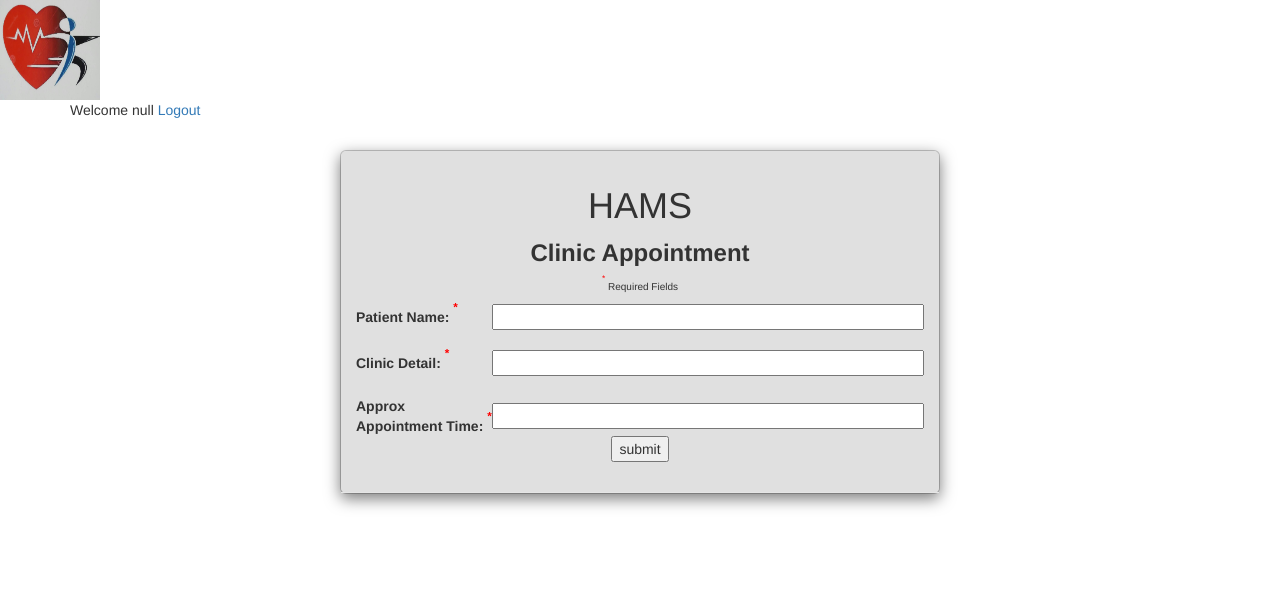
Repository: shiveshk/PullData
Page: http://localhost/Hams/edit.jsp
The author's editor kept a copy of each file at every save. The page is drawn from the files as they stood at one save, then again after the next save.
The browser window is 1280 px wide. The pictures show the whole page.
The page is served by Tomcat 9. Nobody is signed in. The application's start-up code is not run. Other server files are loaded and not shown.

Above is the page before, as saved 2015-11-06 09:49:39.
Console error (its wording comes from the project's code and is left out).

### Hams/WebContent/edit.jsp
<?xml version="1.0" encoding="ISO-8859-1" ?>

<%@ page language="java" contentType="text/html; charset=ISO-8859-1" pageEncoding="ISO-8859-1"%>
<!DOCTYPE html PUBLIC "-//W3C//DTD XHTML 1.0 Transitional//EN" "http://www.w3.org/TR/xhtml1/DTD/xhtml1-transitional.dtd">
<html xmlns="http://www.w3.org/1999/xhtml">
<head>
  <link rel="stylesheet" href="http://maxcdn.bootstrapcdn.com/bootstrap/3.3.5/css/bootstrap.min.css">
  <script src="http://maxcdn.bootstrapcdn.com/bootstrap/3.3.5/js/bootstrap.min.js"></script>
  <script src="validation.js"></script>

<link rel="stylesheet" type="text/css" href="hams.css">
<meta http-equiv="Content-Type" content="text/html; charset=ISO-8859-1" />
<title>Edit Appointment Data</title>




</style>
</head>
<img src = "images/HAMSLogo.jpg" alt="hamslogo" />

<body bgcolor='#E6E6FA'>

<div class="container" >
<% String username = (String)request.getSession().getAttribute("name");
out.println("Welcome "+username);
%>

<a href="LogoutServlet">Logout</a>

<center>
<div id="login-overlay" class="modal-dialog" >
     <div class="modal-content" >
          <div class="modal-header" >

<h1>HAMS</h1>
	<p><b><font size=5>Clinic Appointment</font></b></p>
	<p><font size=1><sup>*</sup> Required Fields</font></p>

<form name="myForm" action="PatientAppointmentServlet" method="post" onsubmit="return validate()">
	<div class="form-group">
<table data-toggle="table">

<tr class="row1">
	<td><b>Patient Name: <sup>*</sup></b></td>
	<td><input type="text" id="patient_name" name="patient_name" value="${sessionScope.patient_name}" size=50 maxlength=500 /> </td>
</tr>

<tr class="row2">
	<td><b>Clinic Detail: <sup>*</sup></b></td>
	<td><input type="text" id="clinic_detail" name="clinic_detail" value="${sessionScope.clinic_detail}" size=50 maxlength=500 /> </td>
</tr>

<tr class="row3">
	<td><b>Approx Appointment Time: <sup>*</sup></b></td>
	<td><input type="text" id="time" name="time" value="${sessionScope.time}" size=50 maxlength=500 /> </td>
</tr>


</table>

<input type="submit" name="submit" value="submit"/>

</form>
		</div>
	</div>
</div>
</center>

</body>

</html>

### Hams/WebContent/validation.js
function validate()
{
   var w=document.forms["myForm"]["patient_name"].value;
   var x=document.forms["myForm"]["clinic_detail"].value;
   //var y=document.forms["myForm"]["token_no"].value;
   var z=document.forms["myForm"]["time"].value;
   if (w.trim().length<=0) // check length of your name field
   {
      alert("Patient Name must be filled out");
      return false;
   }
   if (x.trim().length<=0) // check length of your name field
   {
      alert("clinic detail must be filled out");
      return false;
   }
   if (z.trim().length<=0) // check length of your name field
   {
      alert("Appointment time Name must be filled out");
      return false;
   }

}

### Hams/WebContent/hams.css
@CHARSET "ISO-8859-1";
<style>

 p {
  white-space: pre;
 }
sup {
    vertical-align: super;
    font-size: smaller;
    color : red;
}

img {
	align: center;
	margin: auto;
	bottom: 100px;
    height: 100px;
    width: 100px;
}


tr.row2 td {
    padding-top: 20px;
}

tr.row3 td {
    padding-top: 20px;
}

tr.row4 td {
    padding-top: 20px;
}


.modal-content {
    background-color: #E0E0E0 ;
}
</style>

After the next save:
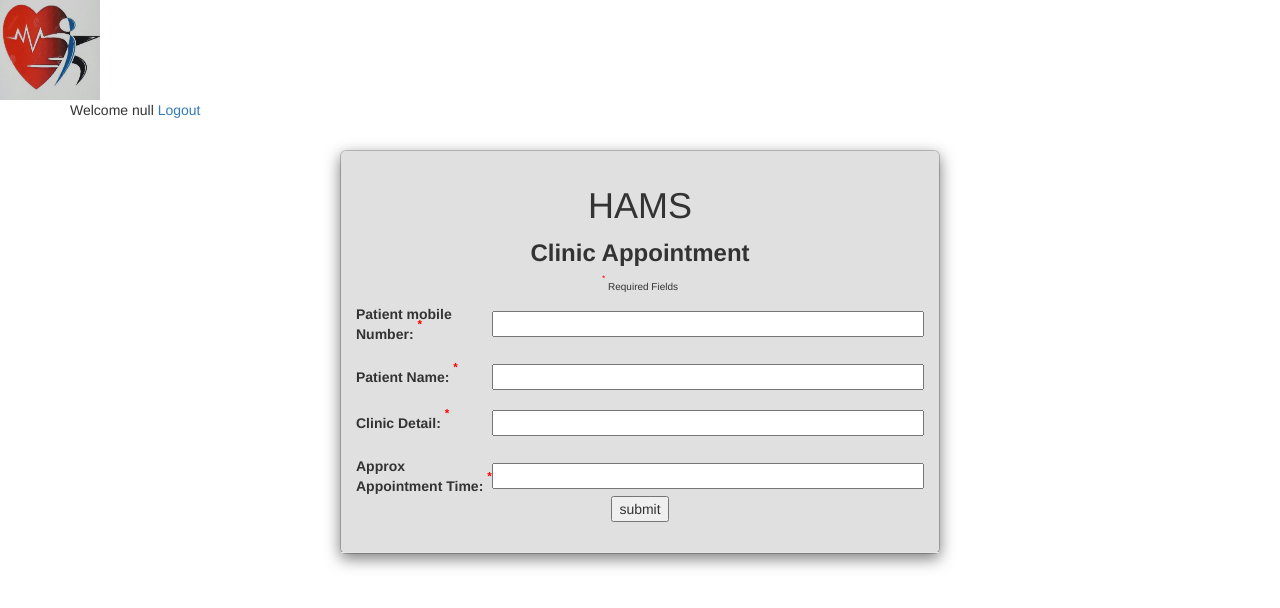
Saved 61 s later.
--- a/Hams/WebContent/edit.jsp
+++ b/Hams/WebContent/edit.jsp
@@ -42,16 +42,21 @@ out.println("Welcome "+username);
 <table data-toggle="table">
 
 <tr class="row1">
+	 	 <td><b>Patient mobile Number: <sup>*</sup></b> </td>
+	 	 <td><input type="text" id="patient_mobile_number" name="patient_mobile_number"  size=50 maxlength=20 /></td>
+</tr>
+
+<tr class="row2">
 	<td><b>Patient Name: <sup>*</sup></b></td>
 	<td><input type="text" id="patient_name" name="patient_name" value="${sessionScope.patient_name}" size=50 maxlength=500 /> </td>
 </tr>
 
-<tr class="row2">
+<tr class="row3">
 	<td><b>Clinic Detail: <sup>*</sup></b></td>
 	<td><input type="text" id="clinic_detail" name="clinic_detail" value="${sessionScope.clinic_detail}" size=50 maxlength=500 /> </td>
 </tr>
 
-<tr class="row3">
+<tr class="row4">
 	<td><b>Approx Appointment Time: <sup>*</sup></b></td>
 	<td><input type="text" id="time" name="time" value="${sessionScope.time}" size=50 maxlength=500 /> </td>
 </tr>
